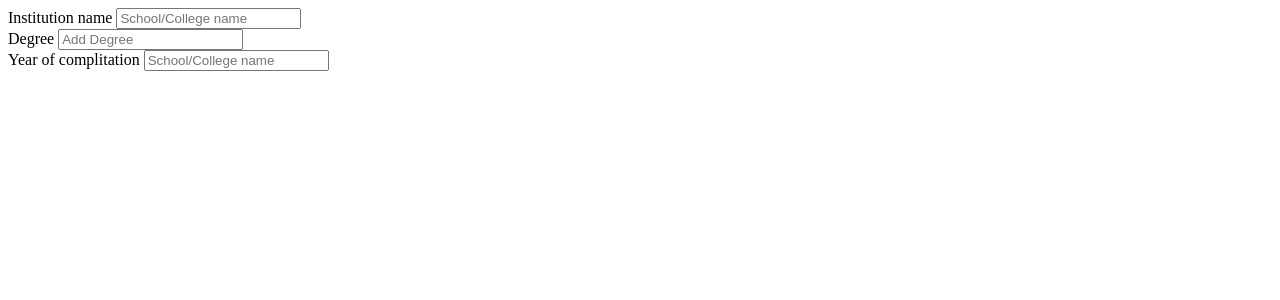
Repository: Tanmay-Kayande/Myportfolio
Page: http://localhost/myproject/education.jsp
An editor plug-in stored every save of this project. The page is shown before and after the next save, followed by the edit.
The browser window is 1280 px wide. The pictures show the whole page.
The page is served by Tomcat 9. The session is filled in as if someone had signed in: {"login": "exist"}. Other server files are loaded and not shown.

Above is the page before, as saved 2024-02-13 10:55:48.

### myproject/src/main/webapp/education.jsp
<%@ page language="java" contentType="text/html; charset=UTF-8"
    pageEncoding="UTF-8"%>
<!DOCTYPE html>
<html>
<head>
<meta charset="UTF-8">
<title>Insert title here</title>
</head>
<body>
	<form action="Education" method="post" >
		Institution name
		<input type="text" name="institution" placeholder="School/College name"><br>
		Degree
		<input type="text" name="degree" placeholder="Add Degree"><br>
		Year of complitation
		<input type="text" name="year" placeholder="School/College name"><br>

	</form>
</body>
</html>

After the next save:
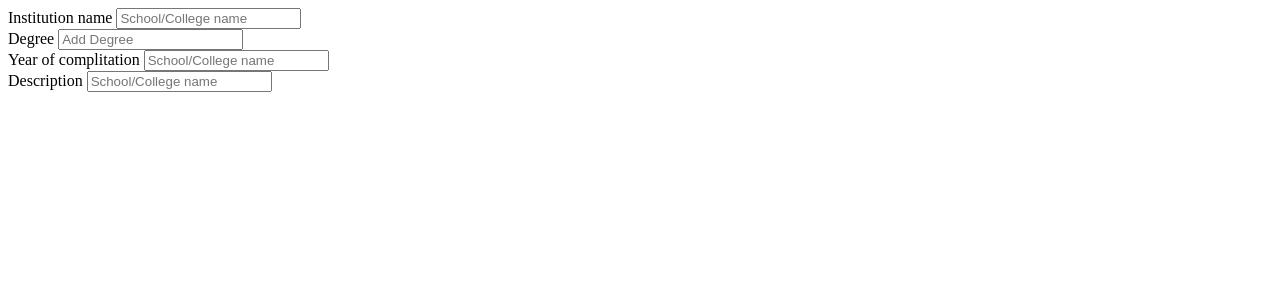
Saved 25 s later.
--- a/myproject/src/main/webapp/education.jsp
+++ b/myproject/src/main/webapp/education.jsp
@@ -14,6 +14,8 @@
 		<input type="text" name="degree" placeholder="Add Degree"><br>
 		Year of complitation
 		<input type="text" name="year" placeholder="School/College name"><br>
+		Description
+		<input type="text" name="year" placeholder="School/College name"><br>
 
 	</form>
 </body>
